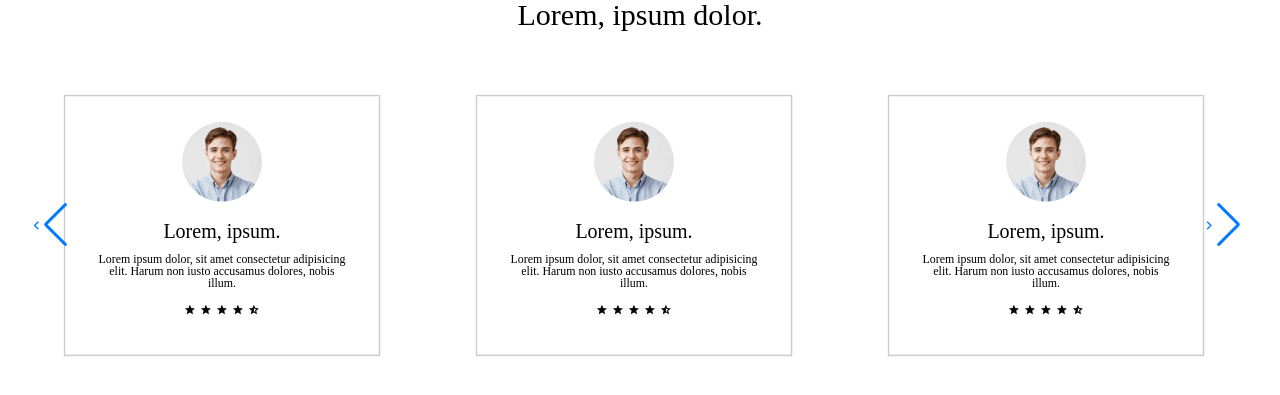
Repository: dinhhaidh/slider-3
Page: index.html
The author's editor kept a copy of each file at every save. The page is drawn from the files as they stood at one save, then again after a run of saves.
The browser window is 1280 px wide. The pictures show the whole page.

Above is the page before, as saved 2024-03-22 22:02:50.

### index.html
<!DOCTYPE html>
<html lang="en">
<head>
    <meta charset="UTF-8">
    <meta name="viewport" content="width=device-width, initial-scale=1.0">
    <title>Document</title>
    <link rel="stylesheet" href="https://cdnjs.cloudflare.com/ajax/libs/remixicon/4.2.0/remixicon.min.css">

    <link rel="stylesheet" href="./css/swiper-bundle.min.css">

    <link rel="stylesheet" href="./css/style.css">

</head>
<body>
    <div class="new">
        <h3 class="new__title">
            Lorem, ipsum dolor.
        </h3>

        <div class="new__container container">
            <div class="new__swiper swiper">
                <div  class="swiper-wrapper">
                    <article class="new__card new__article swiper-slide">
                        <img src="./img1.png" alt="" class="new__img">
                        <h3 class="new__subtitle">
                            Lorem, ipsum.
                        </h3>
                        <p class="new__description">
                            Lorem ipsum dolor, sit amet consectetur adipisicing elit. Harum non iusto accusamus dolores, nobis illum.
                        </p>
                        <div class="new__stars">
                            <i class="ri-star-s-fill"></i>
                            <i class="ri-star-s-fill"></i>
                            <i class="ri-star-s-fill"></i>
                            <i class="ri-star-s-fill"></i>
                            <i class="ri-star-half-s-line"></i>
                        </div>
                    </article>

                    <article class="new__card new__article swiper-slide">
                        <img src="./img1.png" alt="" class="new__img">
                        <h3 class="new__subtitle">
                            Lorem, ipsum.
                        </h3>
                        <p class="new__description">
                            Lorem ipsum dolor, sit amet consectetur adipisicing elit. Harum non iusto accusamus dolores, nobis illum.
                        </p>
                        <div class="new__stars">
                            <i class="ri-star-s-fill"></i>
                            <i class="ri-star-s-fill"></i>
                            <i class="ri-star-s-fill"></i>
                            <i class="ri-star-s-fill"></i>
                            <i class="ri-star-half-s-line"></i>
                        </div>
                    </article>

                    <article class="new__card new__article swiper-slide">
                        <img src="./img1.png" alt="" class="new__img">
                        <h3 class="new__subtitle">
                            Lorem, ipsum.
                        </h3>
                        <p class="new__description">
                            Lorem ipsum dolor, sit amet consectetur adipisicing elit. Harum non iusto accusamus dolores, nobis illum.
                        </p>
                        <div class="new__stars">
                            <i class="ri-star-s-fill"></i>
                            <i class="ri-star-s-fill"></i>
                            <i class="ri-star-s-fill"></i>
                            <i class="ri-star-s-fill"></i>
                            <i class="ri-star-half-s-line"></i>
                        </div>
                    </article>
                </div>

                <!-- If we need navigation buttons -->
                <div class="swiper-button-prev">
                    <i class="ri-arrow-left-s-line"></i>
                </div>
                <div class="swiper-button-next">
                    <i class="ri-arrow-right-s-line"></i>
                </div>
            </div>

        </div>
    </div>

    <script src="./js/swiper-bundle.min.js"></script>
    <script src="./js/app.js"></script>
</body>
</html>

### css/style.css
*,
*:before,
*:after {
  box-sizing: border-box;
}
* {
  margin: 0;
  padding: 0;
  font: inherit;
}
img,
picture,
svg,
video {
  display: block;
  max-width: 100%;
}
input,
select,
textarea {
  background-color: transparent;
  outline: none;
}
button {
  cursor: pointer;
  background-color: transparent;
  outline: none;
  border: 0;
}
body {
  min-height: 100vh;
  font-weight: 400;
  font-size: 16px;
  line-height: 1;
}

.container{
  max-width: 1220px;
  Margin-inline: 1.5rem;
}


.new__title{
  font-size: 30px;
  margin-bottom: 2rem;
  text-align: center;
}

.new__card{
  scale: .8;
}
.new .swiper-slider-active,
.new .swiper-slide-duplicate-active{
  scale: 1;
}

.new__article{
  padding: 2rem 2.5rem 3rem;
  text-align: center;
  border: 2px solid #ccc;
}
.new__img{
  width: 100px;
  border-radius: 50%;
  margin: 0 auto 1.5rem;
}
.new__subtitle{
  margin-bottom: 1rem;
  font-size: 25px;
}
.new__description{
  font-size: 0.93rem;
  margin-bottom: 1rem;
}
.new__stars{
  color:
}
.ri-star-s-fill{

}
.ri-star-half-s-line{

}

### js/app.js

let swiperNew = new Swiper('.new__swiper', {
    loop: true,
    spaceBetween: 16,
    slidesPerView: 'auto',
    centeredSlides: true,


     // Navigation arrows
    navigation: {
        nextEl: '.swiper-button-next',
        prevEl: '.swiper-button-prev',
    },

    breakpoints: {
        1150: {
            slidesPerView: 3,
            centeredSlides: false,
        }
    }
});

Loaded but not shown: css/swiper-bundle.min.css (library); js/swiper-bundle.min.js (library)

After the next 4 saves:
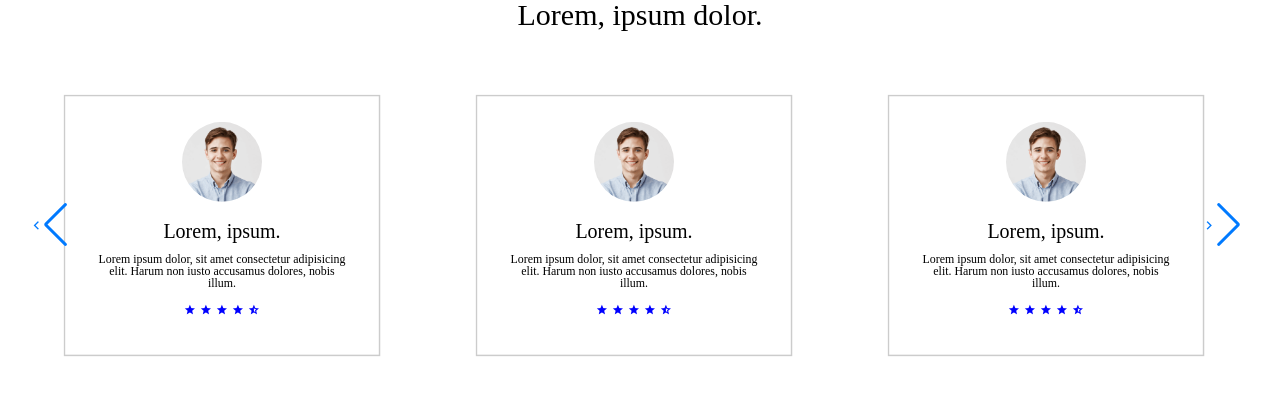
The 4 saves are shown as one change because they came seconds apart.
The last was saved 12 s later.
--- a/css/style.css
+++ b/css/style.css
@@ -73,11 +73,5 @@ body {
   margin-bottom: 1rem;
 }
 .new__stars{
-  color:
+  color: blue;
 }
-.ri-star-s-fill{
-
-}
-.ri-star-half-s-line{
-
-}
